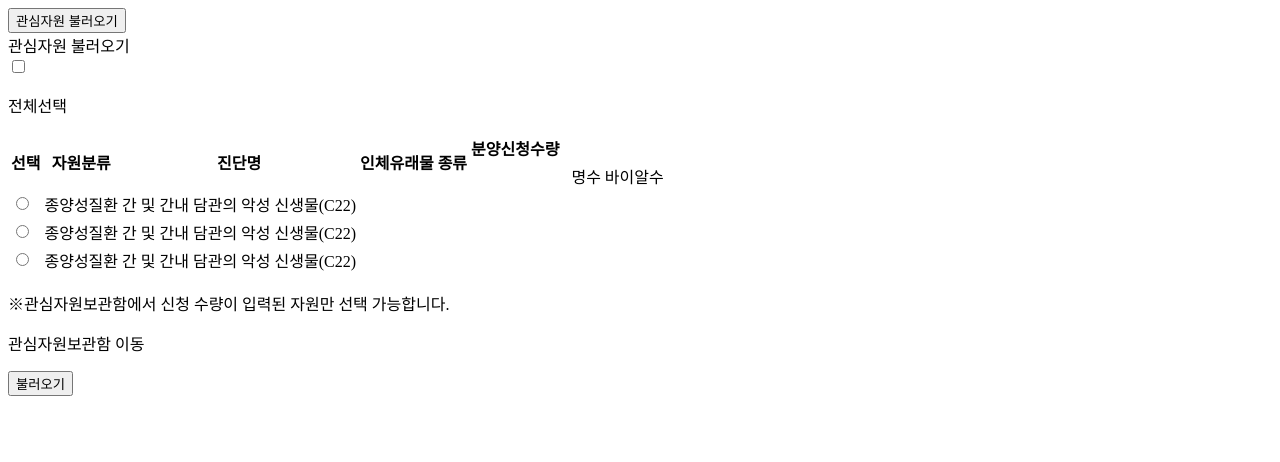
Repository: dlgywls1130/one_popup
Page: index.html
An editor plug-in stored every save of this project. The page is shown before and after a run of saves, followed by the edit.
The browser window is 1280 px wide. The pictures show the whole page.

Above is the page before, as saved 2023-10-24 23:55:47.

After the next 2 saves:
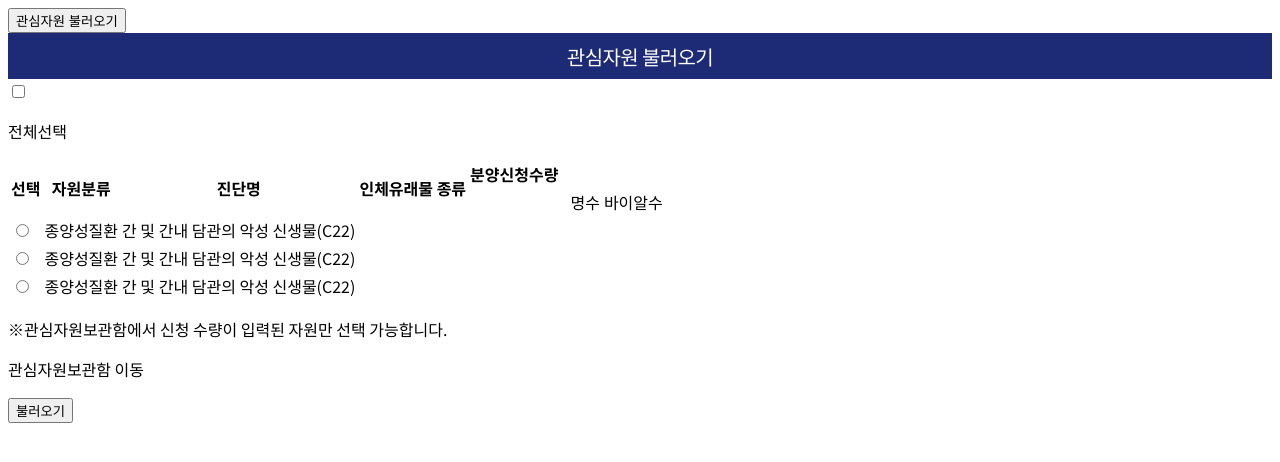
The 2 saves are shown as one change because they came seconds apart.
The last was saved 16 s later.
--- a/index.html
+++ b/index.html
@@ -4,6 +4,8 @@
     <meta charset="UTF-8">
     <meta name="viewport" content="width=device-width, initial-scale=1.0">
     <title>관심자원</title>
+
+    <link rel="stylesheet" href="./style.css">
 </head>
 <body>
     <button type="button">관심자원 불러오기</button>
